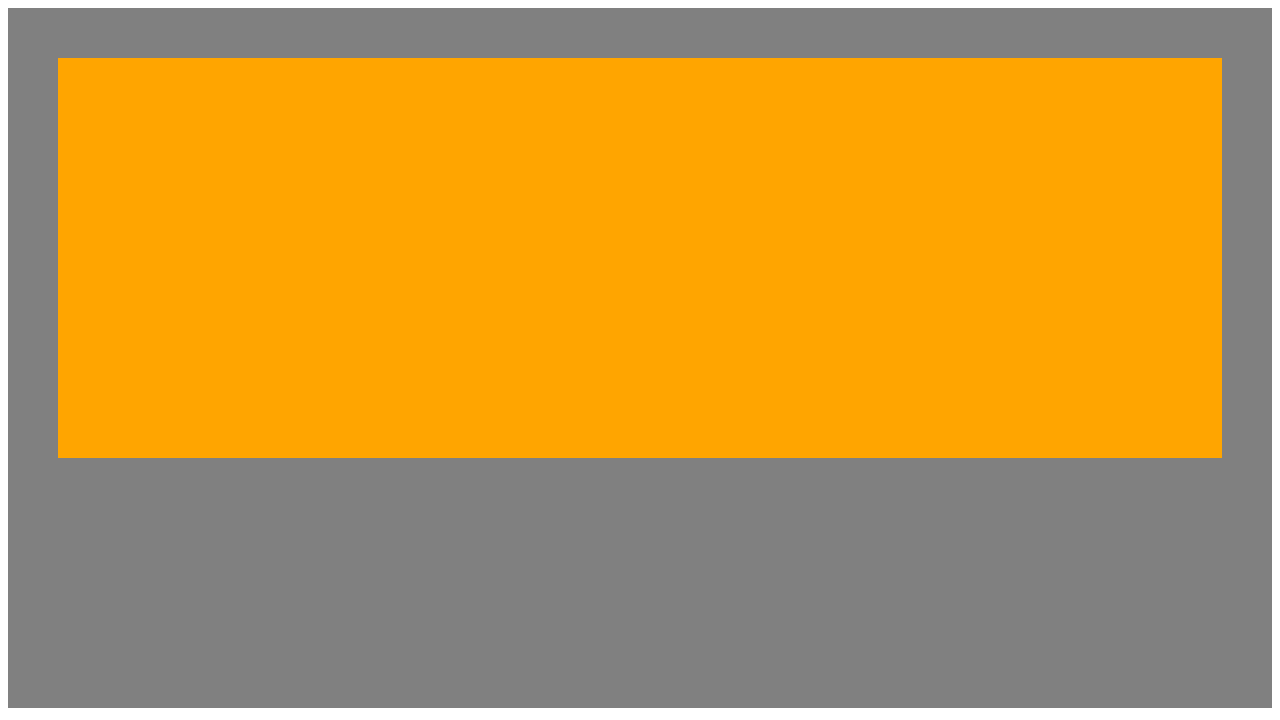
Repository: 123648923/html5-css3
Page: css/15 盒子模型/14 样式的继承.html
An editor plug-in stored every save of this project. The page is shown before and after the next save, followed by the edit.
The browser window is 1280 px wide. The pictures show the whole page.

Above is the page before, as saved 2023-11-07 13:55:22.

### css/15 盒子模型/14 样式的继承.html
<!DOCTYPE html>
<html lang="zh-CN">

<head>
    <meta charset="UTF-8">
    <title>样式的继承</title>
    <style>
        #d1 {
            height: 600px;
            background-color: gray;
            padding: 50px;
        }

        #d2 {
            height: 400px;
            background-color: orange;
        }
    </style>
</head>

<body>
    <div id="d1">
        <div id="d2">
            <div id="d3"></div>
        </div>
    </div>

</body>

</html>

After the next save:
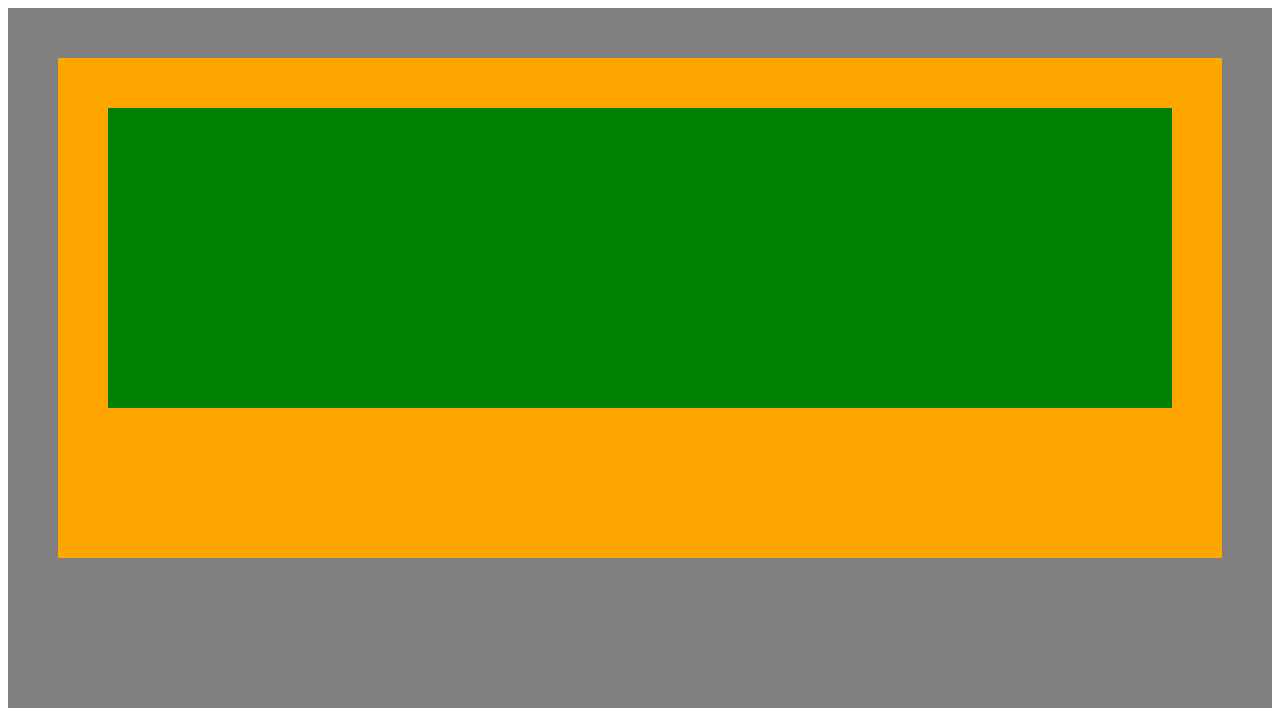
Saved 20 s later.
--- a/css/15 盒子模型/14 样式的继承.html
+++ b/css/15 盒子模型/14 样式的继承.html
@@ -14,6 +14,12 @@
         #d2 {
             height: 400px;
             background-color: orange;
+            padding: 50px;
+        }
+
+        #d3 {
+            height: 300px;
+            background-color: green;
         }
     </style>
 </head>
